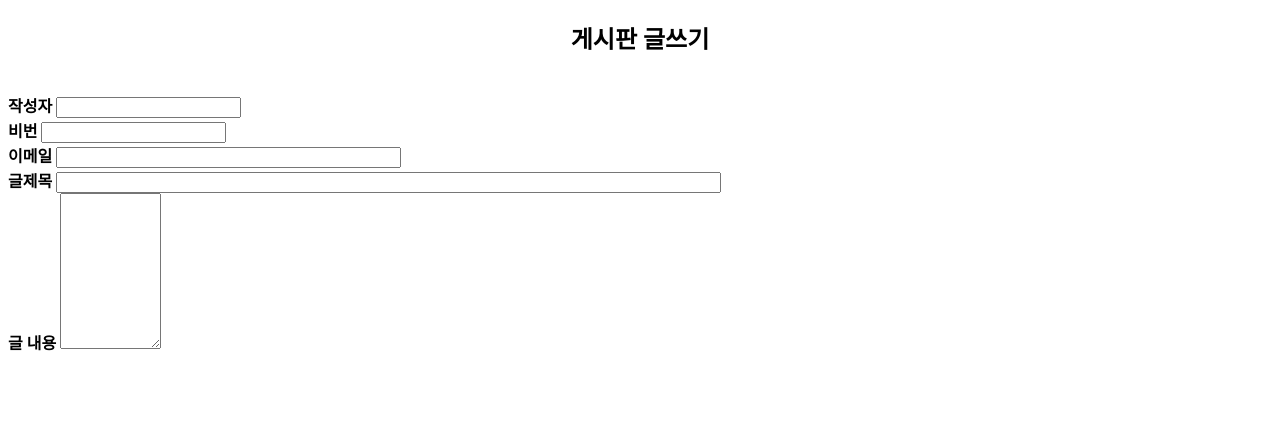
Repository: supremehappy/JSP_test02
Page: http://localhost/test/JSP_Test_06_1_boardWriteForm.jsp
An editor plug-in stored every save of this project. The page is shown before and after the next save, followed by the edit.
The browser window is 1280 px wide. The pictures show the whole page.
The page is served by Tomcat 9.

Above is the page before, as saved 2017-07-17 07:12:06.

After the next save:
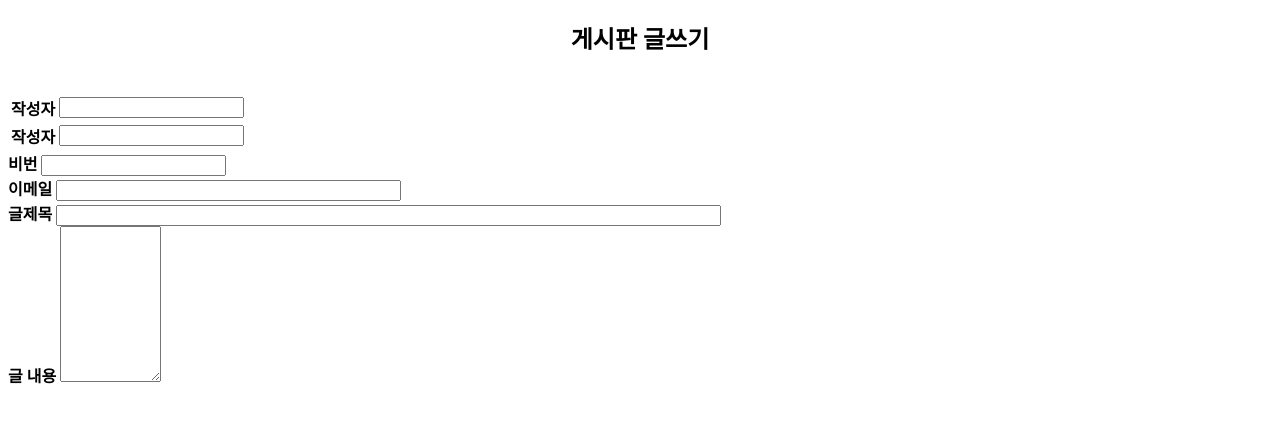
Saved 2 min 36 s later.
--- a/test/WebContent/JSP_Test_06_1_boardWriteForm.jsp
+++ b/test/WebContent/JSP_Test_06_1_boardWriteForm.jsp
@@ -9,17 +9,26 @@
 	h2{
 		text-align: center;
 	}
-	label{
-		width:100px;
-	}
+
 </style>
 </head>
 <body>
 <form method="post" action="JSP_Test_06_1_boardWrite.jsp">
 	<h2>게시판 글쓰기</h2>
 	<br>
-	<label><b>작성자</b></label>
-	<input type="text" name="name" size="20"><br>
+	<table>
+		<tr>
+			<td><label><b>작성자</b></label></td>
+			<td><input type="text" name="name" size="20"></td>
+		</tr>
+		<tr>
+			<td><label><b>작성자</b></label></td>
+			<td><input type="text" name="name" size="20"></td>
+		</tr>
+	</table>
+
+
+
 
 	<label><b>비번</b></label>
 	<input type="password" name="pw" size="20"><br>
